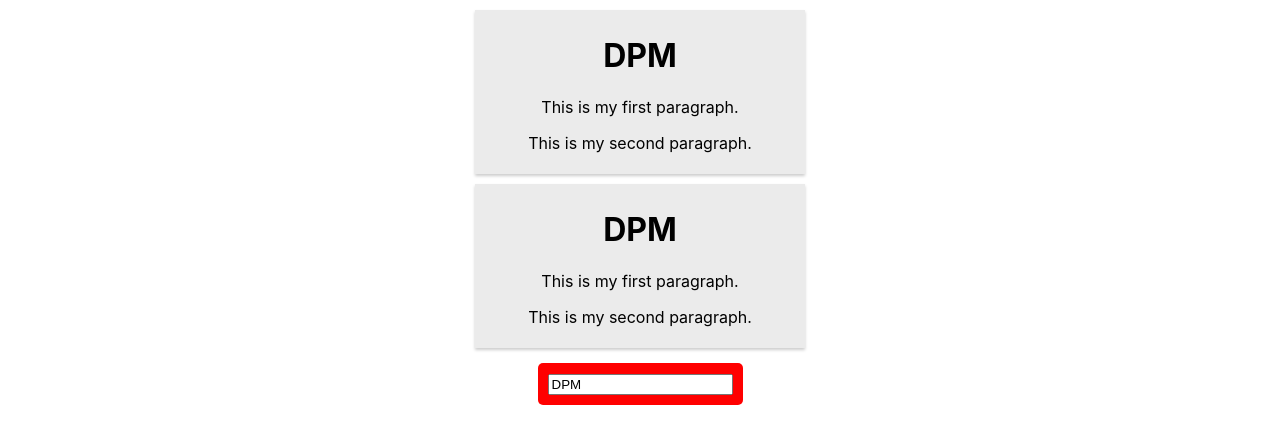
Repository: AidanHak/udemy-react-guide
Page: / (app in base-syntax--assignment-problem/)
An editor plug-in stored every save of this project. The page is shown before and after the next save, followed by the edit.
The browser window is 1280 px wide. The pictures show the whole page.
The project was rebuilt for these pictures with package versions that can differ from the ones it lists, and the page was loaded fresh each time.

Above is the page before, as saved 2020-12-17 19:37:42.

After the next save:
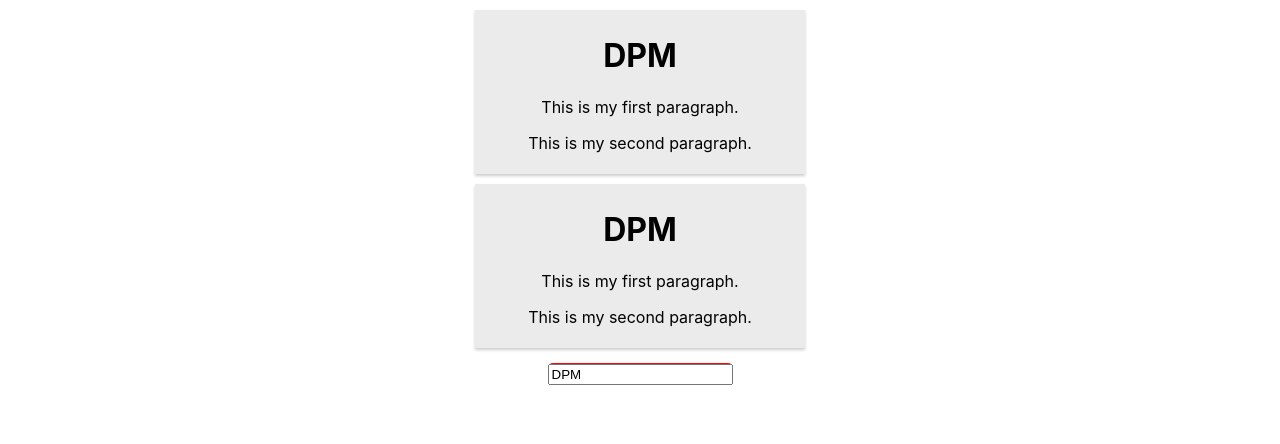
Saved 5 s later.
--- a/base-syntax--assignment-problem/src/UserInput/UserInput.css
+++ b/base-syntax--assignment-problem/src/UserInput/UserInput.css
@@ -2,5 +2,4 @@
 	background-color:red;
 	width:auto;
 	display:inline-block;
-	padding:10px;
 }

After the save that followed:
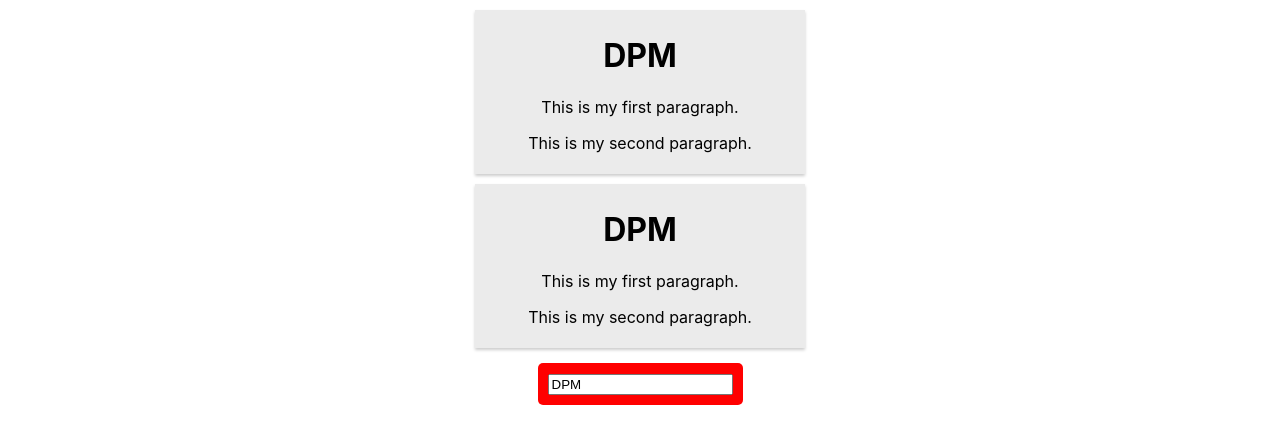
Saved 6 s later.
--- a/base-syntax--assignment-problem/src/UserInput/UserInput.js
+++ b/base-syntax--assignment-problem/src/UserInput/UserInput.js
@@ -4,7 +4,8 @@ import './UserInput.css';
 const UserInput = (props) => {
 	const style = {
 		borderRadius:'5px',
-		margin:'5px auto'
+		margin:'5px auto',
+		padding:'10px'
 	}
 
 	return (
